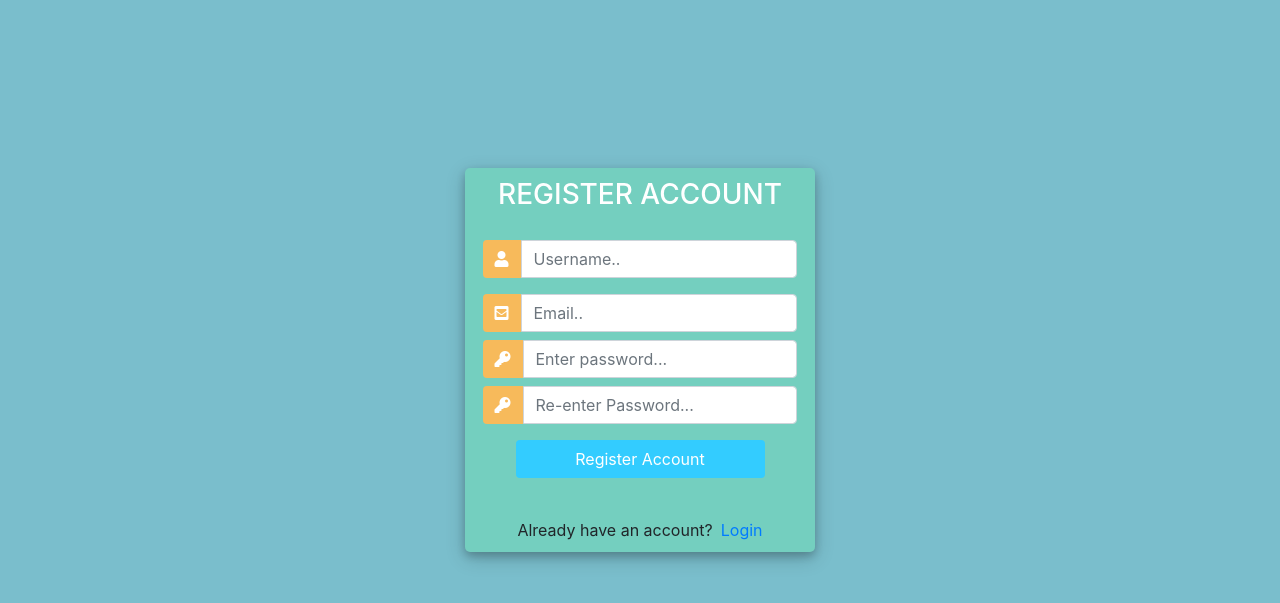
Repository: rohollah-naghipour/Login-form
Page: http://localhost/register/
These files come from the project's save history. The page is drawn as it stood at one moment and after the next save; the edit follows.
The browser window is 1280 px wide. The pictures show the whole page.
Some web libraries are served in a nearby version. The page is served by the project's application, run on Django 5.2 (manage.py). Other server files are loaded and not shown.

Above is the page before, as saved 2024-12-07 13:50:11.

### users/templates/register.html


<html>

<head>
	<title>Login</title>
	<link rel="stylesheet" href="https://stackpath.bootstrapcdn.com/bootstrap/4.1.3/css/bootstrap.min.css" integrity="sha384-MCw98/SFnGE8fJT3GXwEOngsV7Zt27NXFoaoApmYm81iuXoPkFOJwJ8ERdknLPMO" crossorigin="anonymous">
	<script src="https://ajax.googleapis.com/ajax/libs/jquery/3.3.1/jquery.min.js"></script>
	<link rel="stylesheet" href="https://use.fontawesome.com/releases/v5.6.1/css/all.css" integrity="sha384-gfdkjb5BdAXd+lj+gudLWI+BXq4IuLW5IT+brZEZsLFm++aCMlF1V92rMkPaX4PP" crossorigin="anonymous">

	<style>
		body,
		html {
			margin: 0;
			padding: 0;
			height: 100%;
			background: #7abecc !important;
		}
		.user_card {
			width: 350px;
			margin-top: auto;
			margin-bottom: auto;
			background: #74cfbf;
			position: relative;
			display: flex;
			justify-content: center;
			flex-direction: column;
			padding: 10px;
			box-shadow: 0 4px 8px 0 rgba(0, 0, 0, 0.2), 0 6px 20px 0 rgba(0, 0, 0, 0.19);
			-webkit-box-shadow: 0 4px 8px 0 rgba(0, 0, 0, 0.2), 0 6px 20px 0 rgba(0, 0, 0, 0.19);
			-moz-box-shadow: 0 4px 8px 0 rgba(0, 0, 0, 0.2), 0 6px 20px 0 rgba(0, 0, 0, 0.19);
			border-radius: 5px;

		}

		.form_container {
			margin-top: 20px;
		}

		#form-title{
			color: #fff;
		}
		.login_btn {
			width: 100%;
			background: #33ccff !important;
			color: white !important;
		}
		.login_btn:focus {
			box-shadow: none !important;
			outline: 0px !important;
		}
		.login_container {
			padding: 0 2rem;
		}
		.input-group-text {
			background: #f7ba5b !important;
			color: white !important;
			border: 0 !important;
			border-radius: 0.25rem 0 0 0.25rem !important;
		}
		.input_user,
		.input_pass:focus {
			box-shadow: none !important;
			outline: 0px !important;
		}

	</style>

</head>
<body>
	<div class="container h-100">
		<div class="d-flex justify-content-center h-100">
			<div class="user_card">
				<div class="d-flex justify-content-center">
					<h3 id="form-title">REGISTER ACCOUNT</h3>
				</div>
				<div class="d-flex justify-content-center form_container">

					<form method="POST" action="">
						{% csrf_token %}
						<div class="input-group mb-3">
							<div class="input-group-append">
								<span class="input-group-text"><i class="fas fa-user"></i></span>
							</div>
							<input class="login-input" type="text" id="username" name="username" placeholder="Username" required>
						</div>
						<div class="input-group mb-2">
							<div class="input-group-append">
								<span class="input-group-text"><i class="fas fa-envelope-square"></i></span>
							</div>
							<input class="login-input" type="email" id="email" name="email" placeholder="Email" required>
						</div>
						<div class="input-group mb-2">
							<div class="input-group-append">
								<span class="input-group-text"><i class="fas fa-key"></i></span>
							</div>
							<input type="text" name="password1">
						</div>
						<div class="input-group mb-2">
							<div class="input-group-append">
								<span class="input-group-text"><i class="fas fa-key"></i></span>
							</div>
							<input type="text" name="password2">
						</div>

				   		<div class="d-flex justify-content-center mt-3 login_container">
				 			<input class="btn login_btn" type="submit" value="Register Account">
				   		</div>
					</form>
				</div>

				<div class="mt-4">
					<div class="d-flex justify-content-center links">
						Already have an account? <a href="{% url 'login' %}" class="ml-2">Login</a>
					</div>
				</div>
			</div>
		</div>
	</div>
	<script>
						/* Because i didnt set placeholder values in forms.py they will be set here using vanilla Javascript
		//We start indexing at one because CSRF_token is considered and input field
		 */

		//Query All input fields
		var form_fields = document.getElementsByTagName('input')
		form_fields[1].placeholder='Username..';
		form_fields[2].placeholder='Email..';
		form_fields[3].placeholder='Enter password...';
		form_fields[4].placeholder='Re-enter Password...';


		for (var field in form_fields){
			form_fields[field].className += ' form-control'
		}
	</script>
</body>
</html>

### users/views.py
from django.shortcuts import redirect
from django.http import HttpResponse
from django.contrib.auth.forms import UserCreationForm
from django.shortcuts import render
from django.contrib.auth import login,authenticate,logout

from .models import User
from .forms import CreateUserForm


def registerPage(request):
    if request.method == 'POST':
        username = request.POST['username']
        email = request.POST['email']
        password = request.POST['password']
        user = User.objects.create_user(username= username, email= email, password=password)
        login(request,user)
        return redirect('login/')
    return render(request, 'register.html',status = 200)

def loginPage(request):
    if request.method == 'POST':
        username = request.POST['username']
        password = request.POST['password']

        user = authenticate(request, username = username, password=password)
        if user is not None:
            login(request, user)
            return redirect('Home/')
        else:
            return render(request, 'login.html', {'error': 'Invalid username or password'})
    return render(request, 'login.html')

def homepage(request):
    return render(request, 'Home.html', status=200)

### Login_form/urls.py


from django.contrib import admin
from django.urls import path, include


urlpatterns = [
    path('admin/', admin.site.urls),
    path('', include('users.urls')),
]

### users/urls.py
from django.urls import path
from . import views


urlpatterns = [
    path('register/', views.registerPage ,name = 'register'),
    path('login/', views.loginPage, name = 'login'),
    path('register/login/Home/', views.homepage, name = 'home'),
    path('register/login/', views.loginPage, name = 'login'),
    path('login/Home/', views.homepage, name = 'home')
]

After the next save:
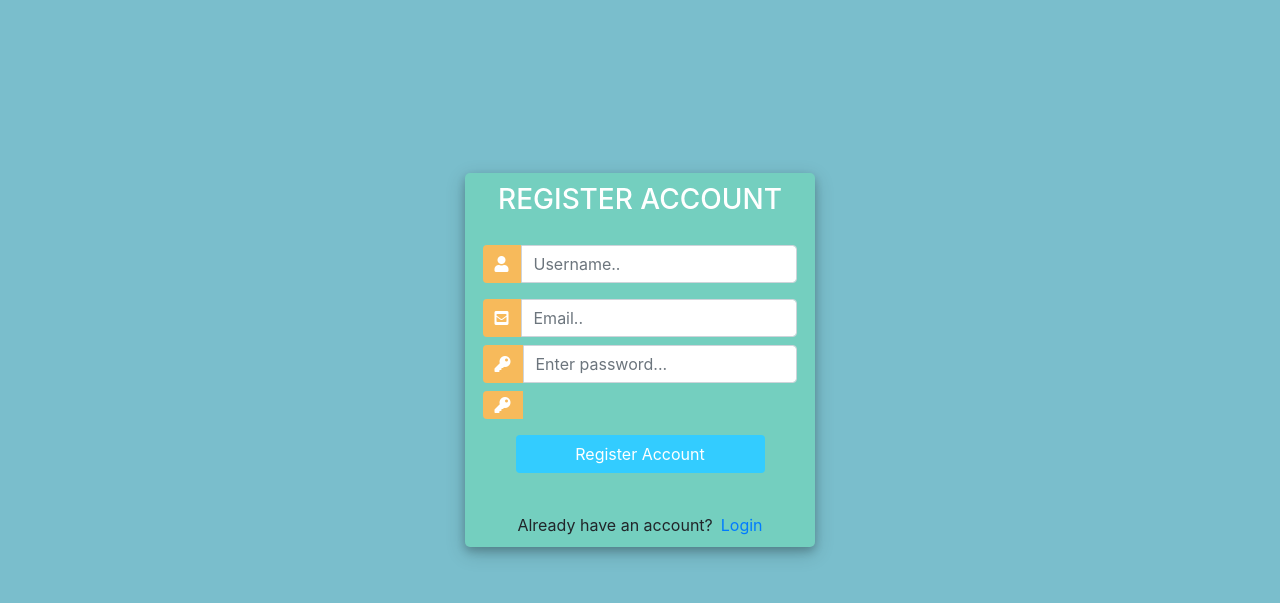
Saved 33 s later.
--- a/users/templates/register.html
+++ b/users/templates/register.html
@@ -94,13 +94,12 @@
 							<div class="input-group-append">
 								<span class="input-group-text"><i class="fas fa-key"></i></span>
 							</div>
-							<input type="text" name="password1">
+							<input class="login-input" type="password" id="password" name="password" placeholder="Password" required>
 						</div>
 						<div class="input-group mb-2">
 							<div class="input-group-append">
 								<span class="input-group-text"><i class="fas fa-key"></i></span>
 							</div>
-							<input type="text" name="password2">
 						</div>
 
 				   		<div class="d-flex justify-content-center mt-3 login_container">
